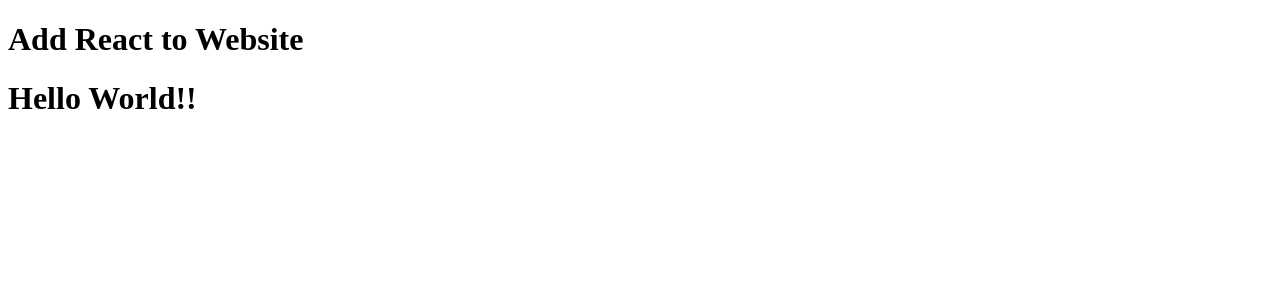
Repository: thuan711/Knowledge-Reacjs
Page: index.html
The author's editor kept a copy of each file at every save. The page is drawn from the files as they stood at one save, then again after the next save.
The browser window is 1280 px wide. The pictures show the whole page.

Above is the page before, as saved 2023-06-09 09:24:44.

After the next save:
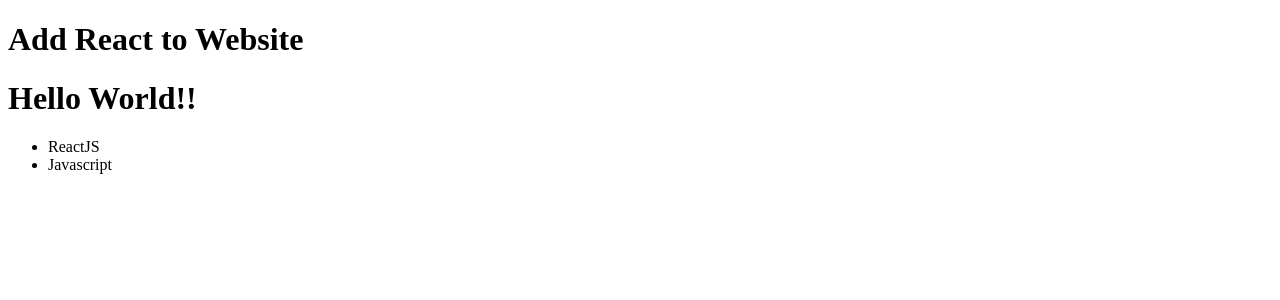
Saved 10 min 42 s later.
--- a/index.html
+++ b/index.html
@@ -23,8 +23,14 @@
         3. Thay đổi: id, className, style, ...
         4. Thêm: text, HTML
         5. Tạo: <h1 title="Hello" class="heading">Hello World</h1>
+        6. Tạo:
+        <ul>
+            <li>ReactJS</li>
+            <li>JavaScript</li>
+        </ul>
     -->
     <script>
+        // 5
         //DOM
         const h1DOM = document.createElement('h1');
         h1DOM.title = 'Hello'
@@ -38,8 +44,25 @@
             className: 'headings',
         },'Hello World!')
 
-        console.dir(h1DOM);
-        console.log(h1React);
+        //console.dir(h1DOM);
+        //console.log(h1React);
+        //6
+        const ulDOM = document.createElement('ul');
+        const liDOM1 = document.createElement('li');
+        liDOM1.innerHTML='ReactJS'
+        const liDOM2 = document.createElement('li');
+        liDOM2.innerHTML='Javascript'
+        ulDOM.appendChild(liDOM1);
+        ulDOM.appendChild(liDOM2);
+        document.body.appendChild(ulDOM);
+        //React
+        const ulReact = React.createElement(
+            'ul',
+            null,
+            React.createElement('li',null,'ReactJS'),
+            React.createElement('li',null,'JavaScript')
+        )
+
     </script>
 </body>
 </html>
